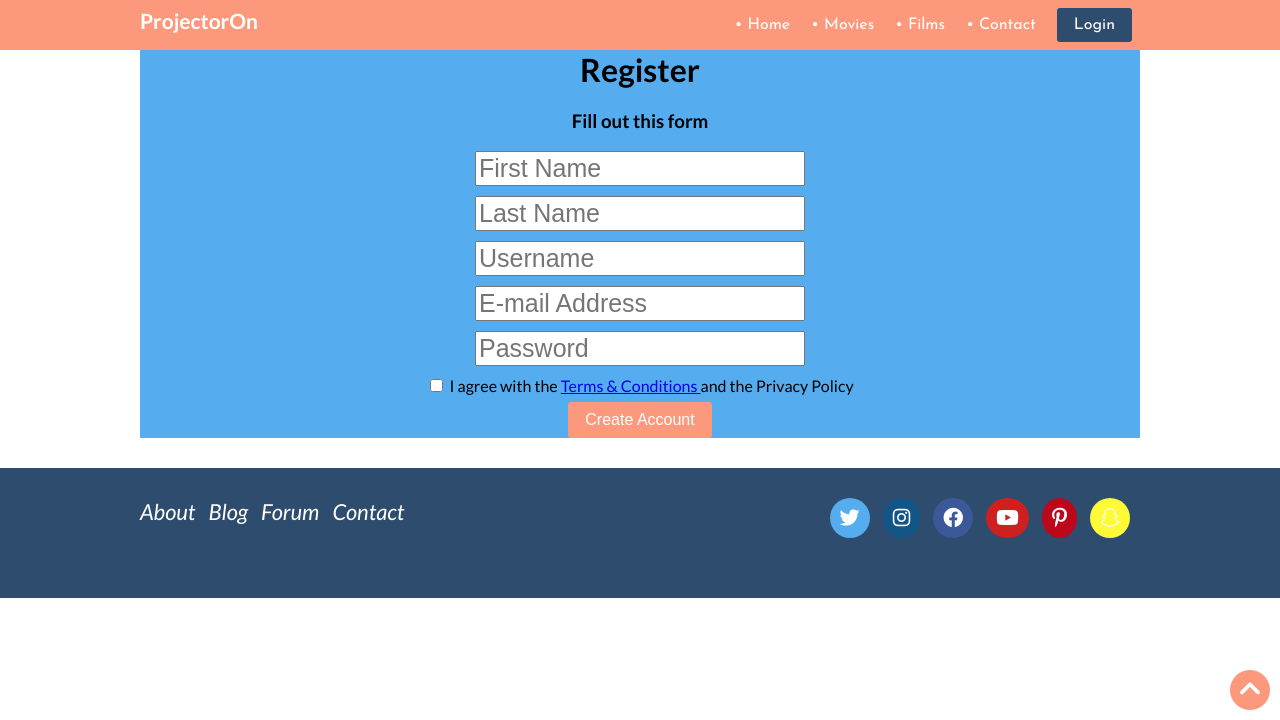
Repository: albayrakfatih/ProjectorOn_WebMovieApp
Page: register.html
These files come from the project's save history. The page is drawn as it stood at one moment and after the next save; the edit follows.
The browser window is 1280 px wide. The pictures show the whole page.
Some web libraries are served in a nearby version.

Above is the page before, as saved 2023-04-30 01:53:04.

### register.html
<!DOCTYPE html>
<html lang="en">
<head>
    <meta charset="UTF-8">
    <meta http-equiv="X-UA-Compatible" content="IE=edge">
    <meta name="viewport" content="width=device-width, initial-scale=1.0">
    <title>Movie App</title>
    <!-- <link rel="stylesheet" href="https://cdnjs.cloudflare.com/ajax/libs/font-awesome/6.3.0/css/all.min.css" integrity="sha512-SzlrxWUlpfuzQ+pcUCosxcglQRNAq/DZjVsC0lE40xsADsfeQoEypE+enwcOiGjk/bSuGGKHEyjSoQ1zVisanQ==" crossorigin="anonymous" referrerpolicy="no-referrer" /> -->
    <!-- <link rel="preconnect" href="https://fonts.googleapis.com">
    <link rel="preconnect" href="https://fonts.gstatic.com" crossorigin>
    <link href="https://fonts.googleapis.com/css2?family=Josefin+Sans:wght@400;700&family=Lato:ital,wght@0,400;0,700;1,400;1,700&display=swap" rel="stylesheet"> -->
    <!-- <link rel="stylesheet" href="css/buttons.css"> -->
    <link rel="stylesheet" href="css/styles.css">


</head>
<body id="body">

    <header class="main-header">
        <div class="container">
            <a href="#" class="main-header__logo">ProjectorOn</a>
            <nav class="main-nav">
                <ul class="main-nav__items">
                    <li class="main-nav__item">
                        <a href="#">Home</a>
                    </li>
                    <li class="main-nav__item">
                        <a href="#">Movies</a>
                    </li>
                    <li class="main-nav__item">
                        <a href="#">Films</a>
                    </li>
                    <li class="main-nav__item">
                        <a href="#">Contact</a>
                    </li>
                    <li class="main-nav__item main-nav__item--login">
                        <a class="btn btn-secondary" href="#">Login</a>
                    </li>
                </ul>
            </nav>
        </div>
    </header>

   <main class="signup-page">
    <div class="container">
        <div class="row">
            <div class="register-card">
                <h1>Register</h1>
                <h3>Fill out this form</h2>
                <form action="" class="signup-form">
                    <input type="text" id="firstname" placeholder="First Name"><br>
                    <input type="text" id="lastname" placeholder="Last Name"><br>
                    <input type="text" id="username" placeholder="Username"><br>
                    <input type="email" id="email" placeholder="E-mail Address"><br>
                    <input type="password" id="password" placeholder="Password"><br>
                    <input type="checkbox" id="agree-terms">
                    <label for="agree-terms">I agree with the <a href="#">Terms &amp; Conditions </a> and the Privacy Policy </label><br>
                    <button type="submit" class="btn btn-primary">Create Account</button>
                </form>
            </div>
        </div>
    </div>
   </main>

    <footer>
        <div class="container">
            <div class="row">
                <div class="col-2">
                    <ul id="footer-links">
                        <li><a href="">About</a></li>
                        <li><a href="">Blog</a></li>
                        <li><a href="">Forum</a></li>
                        <li><a href="">Contact</a></li>
                    </ul>
                </div>
                <div class="col-2">
                    <ul id="social-links">
                        <li><a href="" class="fab fa-twitter"></a></li>
                        <li><a href="" class="fab fa-instagram"></a></li>
                        <li><a href="" class="fab fa-facebook"></a></li>
                        <li><a href="" class="fab fa-youtube"></a></li>
                        <li><a href="" class="fab fa-pinterest-p"></a></li>
                        <li><a href="" class="fab fa-snapchat"></a></li>
                    </ul>
                </div>
            </div>
        </div>
    </footer>

    <a href="#body" id="backtotop">
        <i class="fas fa-chevron-circle-up"></i>
    </a>

</body>
</html>

### css/styles.css
@import url("https://cdnjs.cloudflare.com/ajax/libs/font-awesome/6.3.0/css/all.min.css");
@import url('https://fonts.googleapis.com/css2?family=Josefin+Sans:wght@400;700&family=Lato:ital,wght@0,400;0,700;1,400;1,700&display=swap');
@import url("buttons.css");



html {
    scroll-behavior: smooth;
}

*{
    box-sizing: border-box;
}
body{
    margin: 0px;
    font-family: 'Lato', sans-serif;
}
main{
    margin-top: 47px;
}
#showcase{
     background: /*linear-gradient(to bottom, rgba(252, 153, 124,0.1),rgb(250, 81, 30,0.3)),  */
    url('../img/projector1.jpg');
    background-position: center left;
    background-repeat: no-repeat;
    background-size: cover;
    background-attachment: fixed;
    border-top: 3px solid #fff;
    /*border: 4px solid white;*/
    height: 100vh;
    width: 100%;
    color: aliceblue;
    position: relative;
}
#showcase .content {
    position: absolute;
    font-size: 25px;
    margin: 0;
    top: 50%;
    left: 50%;
    transform: translate(-50%,-50%);
    width: 60%;
    background-color: rgba(46,76,109,0.3);
    color: #fff;
    padding: 20px;
    border-radius: 10px;
}


#how-it-works{
    background-color: #fff;
    padding: 10px;
    text-align: center;/*text-align kalıtım yolu ile aktarılabiliyor. bu yüzden tüm how-it-works section öğelerine center dedim.*/
}

.main-header{
    background-color: #FC997C;
    padding: 8px 16px;
    position: fixed;
    top: 0;
    z-index: 1;
    width: 100%;
}
.main-nav{
    display: inline-block;
    width: calc(100% - 121px);
    text-align: right;
    font-family: 'Josefin Sans', sans-serif;
}
.main-nav__items{
    list-style: none;
    margin: 0px;
    padding: 0px;
}
.main-nav__item{
    display: inline-block;
    margin: 0 8px;
}

.main-header__logo{
    color: #fff;
    text-decoration: none;
    font-weight: bold;
    font-size: 21px;
}

.main-nav__item a{
    text-decoration: none;
    color: #fff;
}
.main-nav__item a:hover{
    color:#160140;
}
.main-nav__item a:active{
    color: #fff;
}
.main-nav__item::before{
    content: '\2022';
    color: #fff;
}
.main-nav__item:hover::before{
    color: #160140;
}
.main-nav__item:active::before{
    color: #fff;
}
/* .main-nav__item--login a{
     color:#fff;
    background-color: #160140;
    border: 2px solid #fff;
    padding: 4px 16px;
    border-radius: 6px;
    font-weight: bold;
} */
/* .main-nav__item--login a:hover{
    border-color: #160140;
    color: #160140;
    background-color: #fff;
} */
.main-nav__item--login::before{
    content: none;
}

.row{
    margin-bottom: 30px;
    /* margin-top: 20px; */
}
/* .col-2{
    display: inline-block;
    width: calc(50% - 2px);
    height:350px;
    background-color: tomato;
    vertical-align:top;
}
.col-3{
    display: inline-block;
    width: 30%;
    padding: 16px;
    margin: 8px;
} */
.col-2 {
    float: left;
    width: 50%;
}
.col-3 {
    float: left;
    width: 33.3%;
}
.col-4 {
    float: left;
    width: 25%;
}

.icon-box h3{
    font-size: 25px;
    color: #3e4555;
}
.icon-box i{
    color: #FC997C;
}

.features-left{
    background-image: url("../img/titanic.jpg");
    background-position: center top;
    background-size: cover;
}
.features-right{
    background-color: #edf5f7;
    padding: 40px 20px;
}
.features-right h2{
    font-size: 30px;
}
.features-left,
.features-right {
    height: 350px;
}


.btn-view-features{
    background-color: #FC997C;
    color: #fff;
    padding: 7px 15px;
    border: 1px solid #FC997C;
    text-decoration: none;
    font-size: 14px;
    font-family: 'Josefin Sans', sans-serif;
    border-radius: 3px;
    display: inline-block;
    margin-top: 15px;
}
.btn-view-features:hover{
    color: #FC997C;
    background-color: #fff;
}
.section-title{
    text-align: center;
    margin-bottom: 40px;
    font-weight:700;
    font-size: 30px;
    color: #3e4555;
}
.plan{
    text-align: center;
    padding: 10px;
}

.plan__badge{
    background-color: orange;
    color: red;
    padding: 8px;
    border-radius: 5px;
}

.plan--featured {
    position: relative;
    top: -30px;
}

.recommended_plan{
    color: #ffffff;
    background-color: mediumblue!important;

}

 /* .clearfix{
    content: "";    .clearfix yerine .row sınıfını kullandık
    display: block;
    clear: both;
}  */
.row::after{
    content: "";
    display: block;
    clear: both;
}

.container{
    margin: 0 auto;
    width: 1000px;
}

.inner-plan{
    background-color:#edf5f7;
    padding: 25px 15px;
    border-radius: 5px;
    box-shadow:  0px 5px 15px rgba(0, 0, 0, 0.35);
    transition: box-shadow .8s;
}
.inner-plan:hover{
    box-shadow: 0px 5px 15px rgba(0, 0, 0, 0.7);
}


#backtotop {
    position: fixed;
    bottom: 10px;
    right: 10px;
}
#backtotop i {
    font-size: 40px;
    background-color:transparent;
    color: #fc997C;
    transition: color .6s;
}
#backtotop i:hover {
    color: #fb7850;
}

.counter {
    background: linear-gradient(to bottom, #FC997C 0%, #FC8b69 100%);
    text-align: center;
    padding:50px;
}
.counter h4 {
    margin-top: 0;
    color: #fff;
}
.counter__item{
    font-weight: 700;
    font-size: 25px;
    color: #fff;
}

/*----------movies--------------*/

.card-container {
    padding: 10px;
}
.card {
     /* width: 20vw;  veya 300px;  */
    background-color: #fff;
    box-shadow: rgba(14, 30, 37, 0.12) 0px 2px 4px 0px, rgba(14, 30, 37, 0.32) 0px 2px 16px 0px;
    cursor: pointer;
    border-radius: 5px;
    /* height: 90vh;  */
    position: relative;
    top: 0;
    transition: all .5s;
}
.card:hover {
    top: -10px;
    box-shadow: rgba(14, 30, 37, 0.9) 0px 2px 4px 0px, rgba(14, 30, 37, 0.9) 0px 2px 16px 0px;
}
.card-title {
    text-align: center;
}
.card-image {
    width:100%;
    /*height:45vh;*/
    max-height: 350px;
}
.card-button {
    text-align: center;
}
.card-body {
    padding: 30px;
}

/*-------------- footer --------------*/

footer {
    background-color: #2E4C6D;
    padding: 30px;
    margin-top: 25px;
}

footer a {
    color: #fff;
    font-size: 22px;
    text-decoration: none;
    font-style: italic;
}
footer ul {
    margin: 0;
    padding:0;
}

footer ul li {
    list-style-type: none;
    display: inline-block;
    margin-right: 10px;
}

#social-links {
    text-align: right;
}

.fab {
    padding: 10px;
    font-size: 20px;
    border-radius: 50%;
}
.fab:hover {
    opacity: 0.5;
}

.fa-twitter {
    background-color: #55acee;
    color: #fff;
}
.fa-instagram {
    background-color: #125688;
    color: #fff;
}
.fa-facebook {
    background-color: #3b5998;
    color: #fff;
}
.fa-youtube {
    background-color: #cd201f;
    color: #fff;
}
.fa-pinterest-p {
    background-color: #bd081c;
    color: #fff;
}
.fa-snapchat {
    background-color: #fffa37;
    color: #fff;
}

/*------------- register-card ------------*/

.register-card {
    background-color: #55acee;
    margin-top: 50px;
}
.signup-form {
    text-align: center;
}
.register-card h1,h3 {
    text-align: center;
}
.signup-form input,checkbox {
    font-size: 25px;
    margin-bottom: 10px;
}

### css/buttons.css


.btn {
    text-align: center;
    text-decoration: none;
    display: inline-block;
    padding: 7px 15px;
    font-size: 16px;
    cursor: pointer;
    border: none;
    border-radius: 3px;
    transition-duration: .8s;
}

.btn-primary{
    background-color: #FC997c;
    color: #fff;
    border: 2px solid #FC997c;
}
.btn-primary:hover{
    background-color: #fff;
    color: #FC997c;
    border: 2px solid #FC997c;
}
.btn-outline-primary{
    background-color: #fff;
    color: #FC997c;
    border: 2px solid #FC997c;
}
.btn-outline-primary:hover{
    background-color: #FC997c;
    color: #fff;
    border: 2px solid #FC997c;
}



.btn-secondary{
    background-color: #2E4C6D;
    color: #fff;
    border: 2px solid #2E4C6D;
}
.btn-secondary:hover{
    background-color: #fff;
    color: #2E4C6D;
    border: 2px solid #2E4C6D;
}
.btn-outline-secondary{
    background-color: #fff;
    color: #2E4C6D;
    border: 2px solid #2E4C6D;
}
.btn-outline-secondary:hover{
    background-color: #2E4C6D;
    color: #fff;
    border: 2px solid #2E4C6D;
}

After the next save:
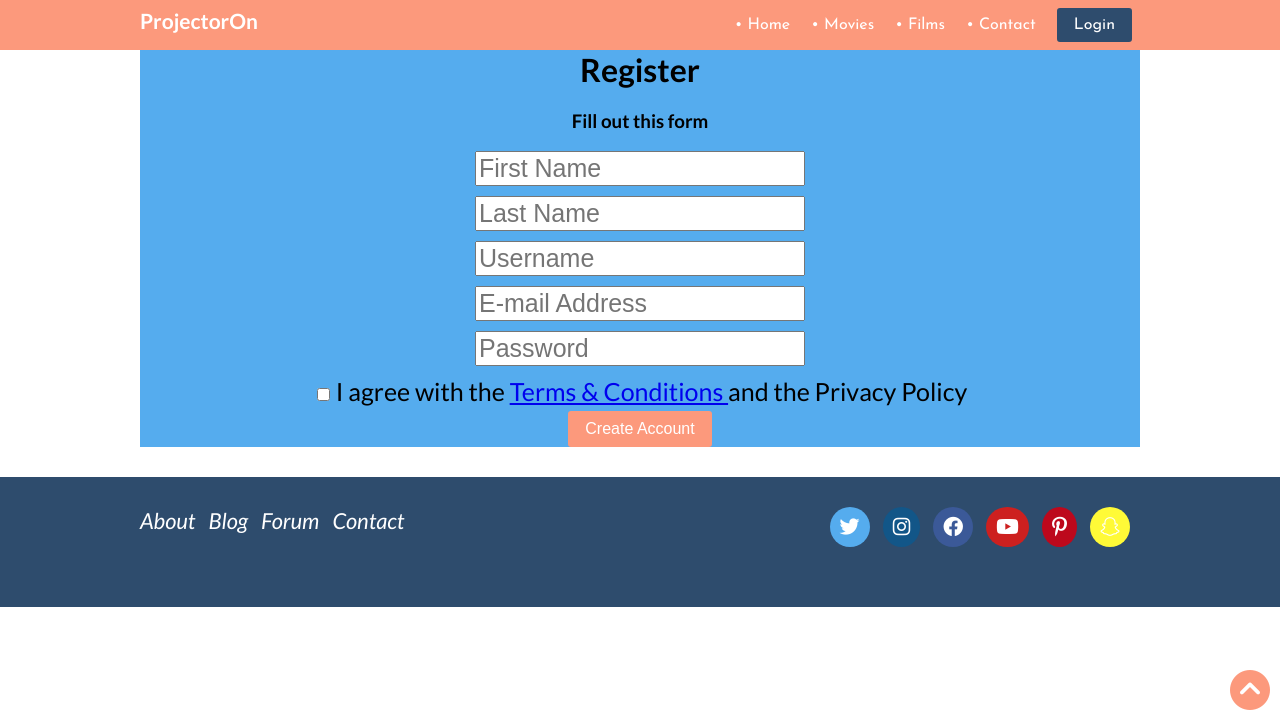
Saved 26 s later.
--- a/css/styles.css
+++ b/css/styles.css
@@ -391,7 +391,7 @@
 .register-card h1,h3 {
     text-align: center;
 }
-.signup-form input,checkbox {
+.signup-form input,label {
     font-size: 25px;
     margin-bottom: 10px;
 }

After the save that followed:
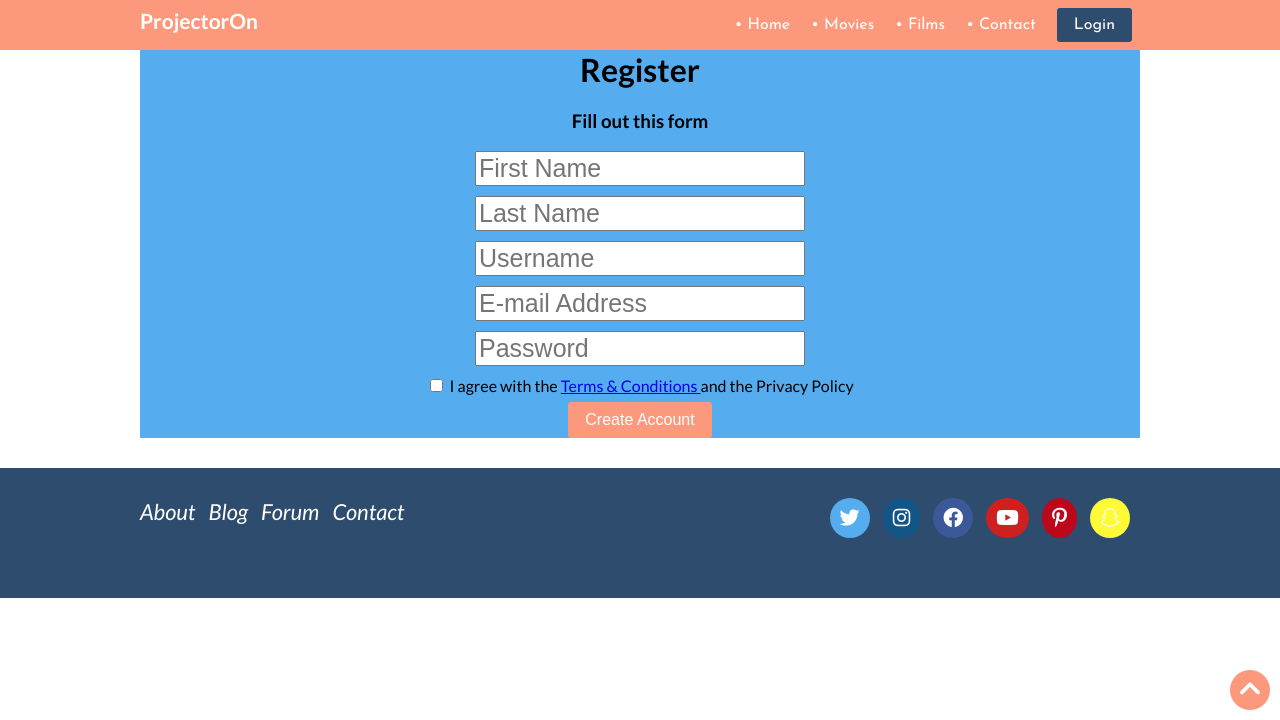
Saved 10 s later.
--- a/css/styles.css
+++ b/css/styles.css
@@ -391,7 +391,7 @@
 .register-card h1,h3 {
     text-align: center;
 }
-.signup-form input,label {
+.signup-form input {
     font-size: 25px;
     margin-bottom: 10px;
 }
